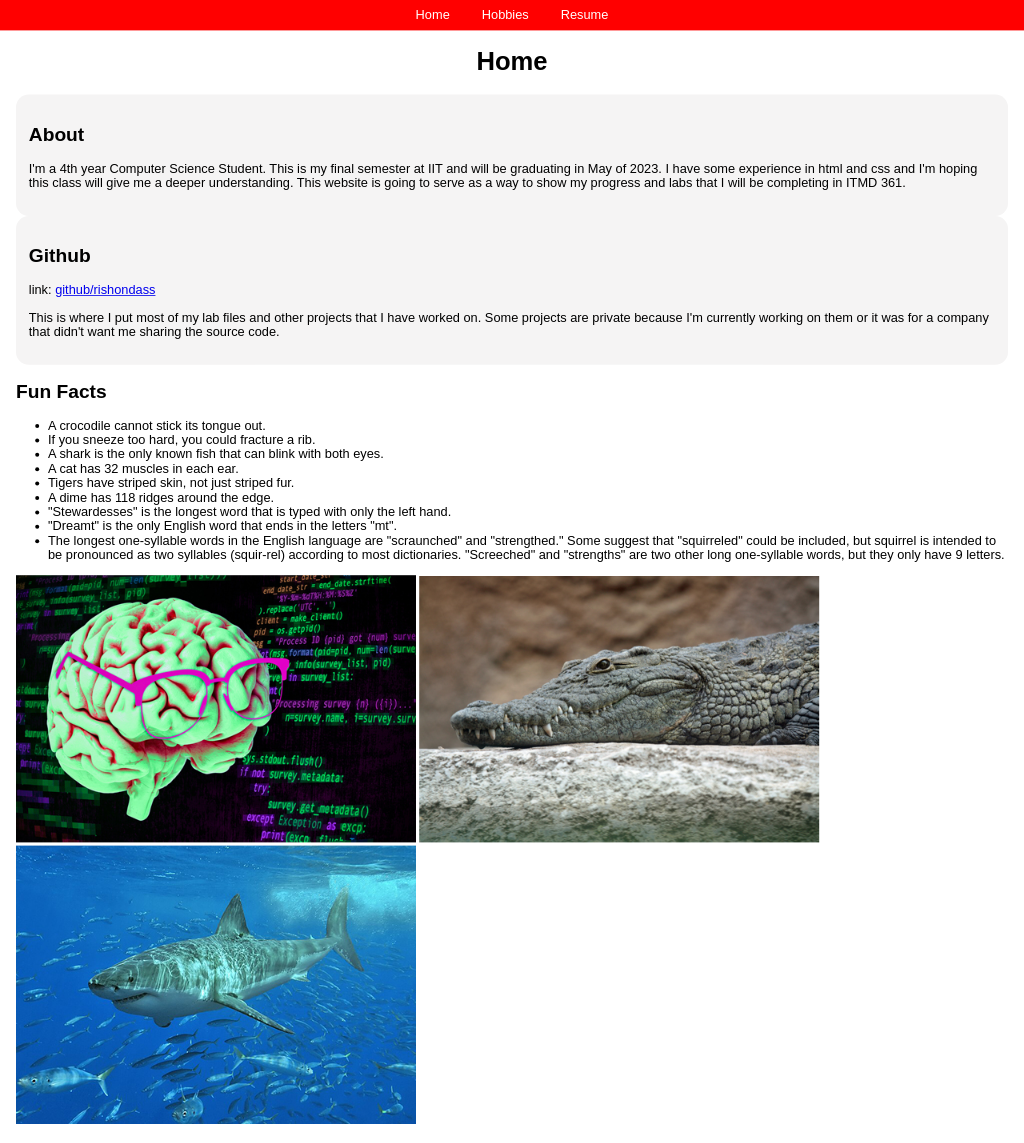
Repository: rishondass/ITMD361-Project2
Page: index.html
An editor plug-in stored every save of this project. The page is shown before and after a run of saves, followed by the edit.
The browser window is 1280 px wide. The pictures show the whole page, at 80% of full size.

Above is the page before, as saved 2023-03-07 21:51:09.

After the next 2 saves:
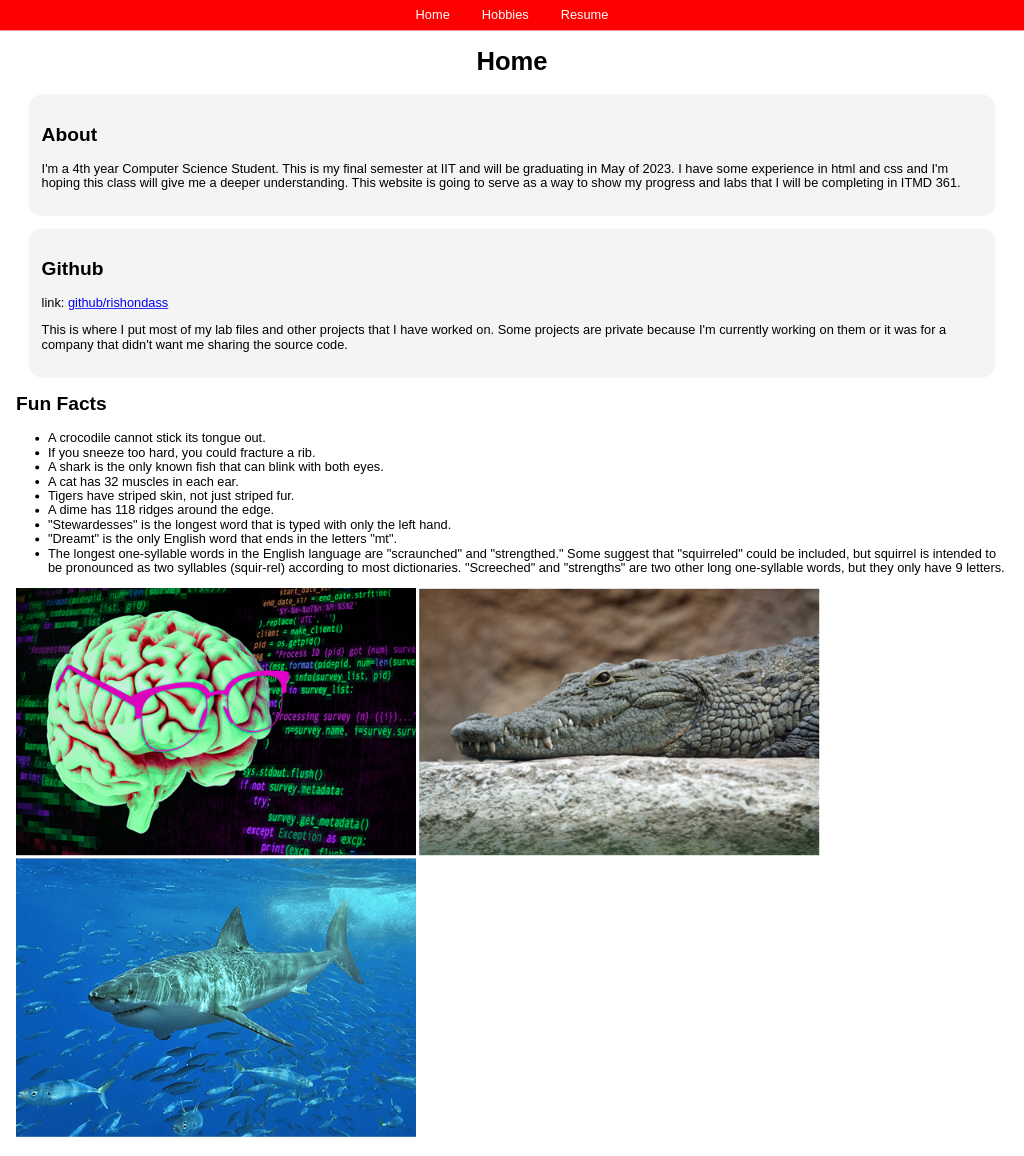
The 2 saves are shown as one change because they came seconds apart.
The last was saved 7 s later.
--- a/css/style.css
+++ b/css/style.css
@@ -45,7 +45,7 @@ To be added
 }
 
 #main-container div{
-    margin: ;
+    margin: 1rem;
     border-radius: 1rem;
     padding: 1rem;
     background-color:rgb(245, 244, 244);
